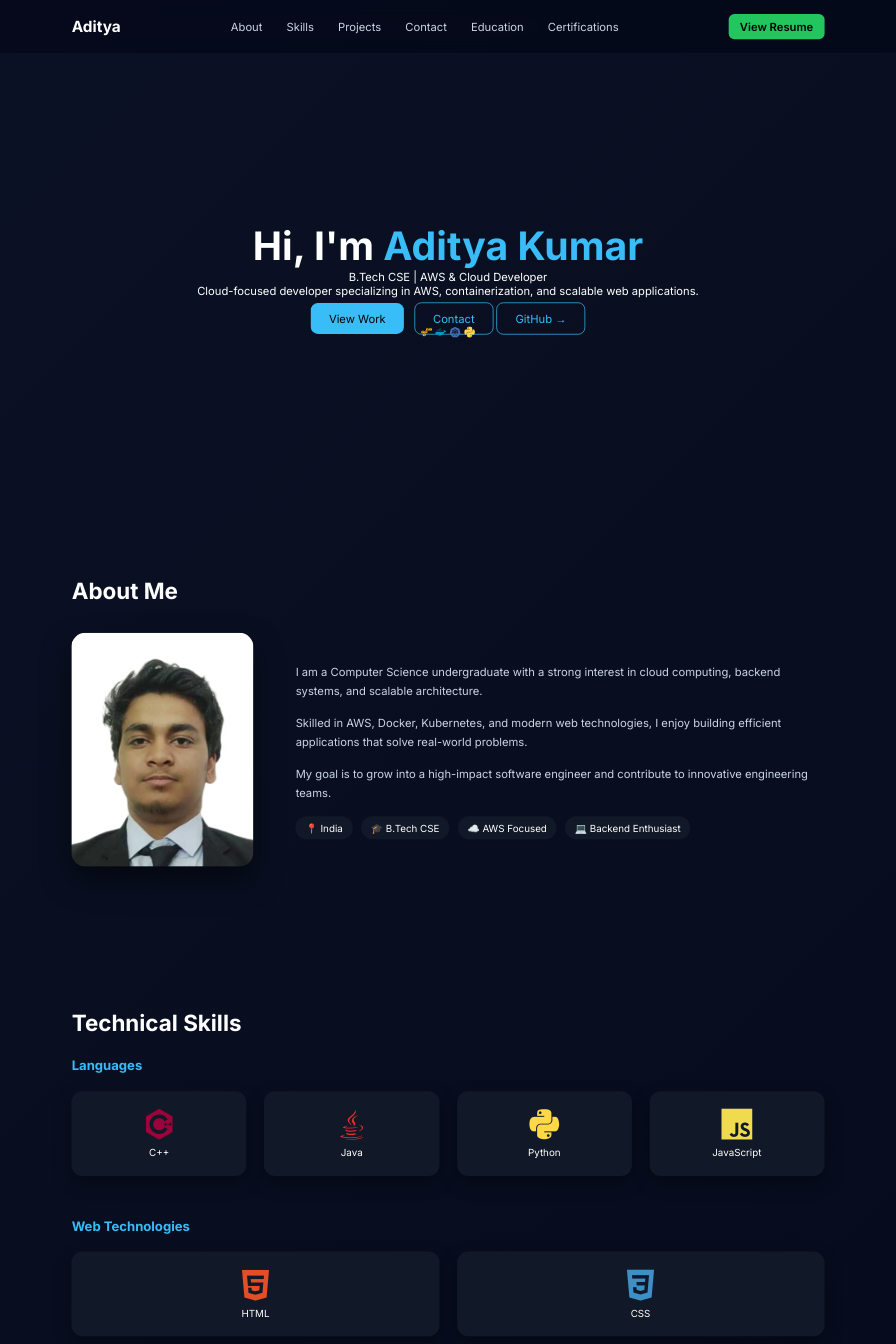
Repository: Aditya2419/My-Portfolio
Page: index.html
The author's editor kept a copy of each file at every save. The page is drawn from the files as they stood at one save, then again after the next save.
The browser window is 1280 px wide. The pictures show the part of the page from y = 0 to 1920 px (the page is 5754 px tall before and 5718 px after), at 70% of full size.

Above is the page before, as saved 2026-02-18 23:47:37.
Console error: TypeError: Cannot set properties of null (setting 'textContent')

### index.html
<!DOCTYPE html>
<html lang="en">
<head>
<meta charset="UTF-8">
<meta name="viewport" content="width=device-width, initial-scale=1.0">
<link rel="stylesheet" href="https://cdn.jsdelivr.net/gh/devicons/devicon@latest/devicon.min.css">



<title>Aditya Kumar | Cloud & Software Developer</title>

<link rel="stylesheet" href="style.css">
<script src="script.js"></script>

<!-- Google Font -->
<link href="https://fonts.googleapis.com/css2?family=Inter:wght@300;400;600;700&display=swap" rel="stylesheet">

</head>
<body>

<header>
    <div class="logo">Aditya</div>

    <nav>
        <a href="#about">About</a>
        <a href="#skills">Skills</a>
        <a href="#projects">Projects</a>
        <a href="#contact">Contact</a>
        <a href="#education">Education</a>
        <a href="#certifications">Certifications</a>
    </nav>

    <a class="resume-btn" href="resume.pdf" target="_blank">View Resume</a>
</header>


<!-- HERO -->
<section class="hero">

    <div class="hero-container">

        <div class="hero-text">
            <h1>Hi, I'm <span>Aditya Kumar</span></h1>

            <p class="hero-role">
                B.Tech CSE | AWS & Cloud Developer
            </p>

            <p class="hero-desc">
                Cloud-focused developer specializing in AWS, containerization, and scalable web applications.
            </p>

            <div class="hero-buttons">
                <a href="#projects" class="primary">View Work</a>
                <a href="#contact" class="secondary">Contact</a>
                <a href="https://github.com/YOURUSERNAME" class="secondary">GitHub →</a>
            </div>

        </div>

        <div class="hero-visual">
            <i class="devicon-amazonwebservices-original colored"></i>
            <i class="devicon-docker-plain colored"></i>
            <i class="devicon-kubernetes-plain colored"></i>
            <i class="devicon-python-plain colored"></i>
        </div>

    </div>

    </section>

<!-- ABOUT -->
<section id="about" class="about">

    <h2>About Me</h2>

    <div class="about-container">

        <div class="about-image">
            <img src="images/profile.png" alt="Aditya Kumar">
        </div>

        <div class="about-text">

            <p>
            I am a Computer Science undergraduate with a strong interest in
            cloud computing, backend systems, and scalable architecture.
            </p>

            <p>
            Skilled in AWS, Docker, Kubernetes, and modern web technologies,
            I enjoy building efficient applications that solve real-world problems.
            </p>

            <p>
            My goal is to grow into a high-impact software engineer and contribute
            to innovative engineering teams.
            </p>

            <div class="about-highlights">
                <span>📍 India</span>
                <span>🎓 B.Tech CSE</span>
                <span>☁️ AWS Focused</span>
                <span>💻 Backend Enthusiast</span>
            </div>

        </div>

    </div>

    </section>

<!-- TECHINCAL SKILLS -->
<section id="skills">

    <h2>Technical Skills</h2>

    <div class="skills-category">

        <h3>Languages</h3>
        <div class="skills-grid">
            <div class="skill-card">
                <i class="devicon-cplusplus-plain colored"></i>
                <p>C++</p>
            </div>

            <div class="skill-card">
                <i class="devicon-java-plain colored"></i>
                <p>Java</p>
            </div>

            <div class="skill-card">
                <i class="devicon-python-plain colored"></i>
                <p>Python</p>
            </div>

            <div class="skill-card">
                <i class="devicon-javascript-plain colored"></i>
                <p>JavaScript</p>
            </div>
        </div>

    </div>


    <div class="skills-category">

        <h3>Web Technologies</h3>
        <div class="skills-grid">
            <div class="skill-card">
                <i class="devicon-html5-plain colored"></i>
                <p>HTML</p>
            </div>

            <div class="skill-card">
                <i class="devicon-css3-plain colored"></i>
                <p>CSS</p>
            </div>
        </div>

    </div>


    <div class="skills-category">

        <h3>Frameworks</h3>
        <div class="skills-grid">
            <div class="skill-card">
                <i class="devicon-flask-original colored"></i>
                <p>Flask</p>
            </div>
        </div>

    </div>


    <div class="skills-category">

        <h3>Tools & Platforms</h3>
        <div class="skills-grid">
            <div class="skill-card">
                <i class="devicon-git-plain colored"></i>
                <p>Git</p>
            </div>

            <div class="skill-card">
                <i class="devicon-docker-plain colored"></i>
                <p>Docker</p>
            </div>

            <div class="skill-card">
                <i class="devicon-amazonwebservices-original colored"></i>
                <p>AWS</p>
            </div>

            <div class="skill-card">
                <i class="devicon-mysql-plain colored"></i>
                <p>MySQL</p>
            </div>

            <div class="skill-card">
                <i class="devicon-mongodb-plain colored"></i>
                <p>MongoDB</p>
            </div>
        </div>

    </div>

    </section>

<!-- PROJECTS -->
<section id="projects">

<h2>Featured Projects</h2>

<div class="projects">


<div class="card">
    <img src="images/scheduler.png" class="project-img">
<h3>CPU Scheduler Simulator</h3>

<p>
Interactive visualization tool comparing FCFS, SJF, SRTF,
and Round Robin with dynamic Gantt charts.
</p>

<a href="https://cpu-scheduling-simulator-4wlb1ttw0.vercel.app" target="_blank">
Live Demo →
</a>

</div>



<div class="card">
    <img src="images/weather.png" class="project-img">
<h3>Weather Forecasting App</h3>

<p>
Real-time weather application using APIs to display
temperature, humidity, wind speed, and conditions.
</p>

<a href="https://aditya2419.github.io/weather-frontend/" target="_blank">
Live Demo →
</a>

</div>



<div class="card">
    <img src="images/bot.png" class="project-img">
<h3>Esports Discord Bot</h3>

<p>
Automated tournament notifications, dashboards,
and match updates using Discord API and MongoDB.
</p>

</div>

</div>

</section>
<!-- EDUCATION -->
<section id="education">

    <p class="section-subtitle">MY JOURNEY</p>
    <h2>Education & <span>Certificates</span></h2>

    <div class="timeline">

        <div class="timeline-item">
            <div class="timeline-dot"></div>

            <div class="timeline-content">
                <div class="timeline-header">
                    <h3>Lovely Professional University</h3>
                    <span class="badge">Current</span>
                </div>

                <p>Bachelor of Technology – Computer Science and Engineering</p>
                <small>CGPA: 5.84 | Aug 2023 – Present</small>
            </div>
        </div>


        <div class="timeline-item">
            <div class="timeline-dot"></div>

            <div class="timeline-content">
                <h3>Kendriya Vidyalaya Sitamarhi</h3>
                <p>Intermediate (12th)</p>
                <small>78.6% | Apr 2022 – Mar 2023</small>
            </div>
        </div>


        <div class="timeline-item">
            <div class="timeline-dot"></div>

            <div class="timeline-content">
                <h3>DAV Public School Runnisaidpur</h3>
                <p>Matriculation (10th)</p>
                <small>79.3% | Apr 2021 – Mar 2022</small>
            </div>
        </div>

    </div>

    </section>


<!-- CERTIFICATIONS -->
<<section id="certifications">

    <p class="section-subtitle">PROFESSIONAL GROWTH</p>
    <h2>Licenses & <span>Certifications</span></h2>

    <div class="cert-grid">

        <div class="cert-item">
            <img src="images/cert4.png" onclick="openModal(this.src)">
            <div class="cert-overlay">Build Generative AI Apps and Solutions</div>
        </div>

        <div class="cert-item">
            <img src="images/cert2.png" onclick="openModal(this.src)">
            <div class="cert-overlay">Java Bootcamp</div>
        </div>

        <div class="cert-item">
            <img src="images/cert3.png" onclick="openModal(this.src)">
            <div class="cert-overlay">Privacy & Security (NPTEL)</div>
        </div>

        <div class="cert-item">
            <img src="images/cert1.png" onclick="openModal(this.src)">
            <div class="cert-overlay">Introduction to Python</div>
        </div>

    </div>

</section>


    <!--- CONTACT -->
    <section id="contact">

        <h2>Let's Connect</h2>

        <form action="https://formsubmit.co/aditya312004pandey@gmail.com" method="POST">

        <input type="text" name="name" placeholder="Your Name" required>

        <input type="email" name="email" placeholder="Your Email" required>

        <textarea name="message" placeholder="Your Message" required></textarea>

        <button type="submit">Send Message</button>

        </form>

        </section>


<footer>
© 2026 Aditya Kumar — Built for impact.
</footer>


<script src="script.js"></script>

</body>
</html>

### style.css
/* GLOBAL RESET */

*{
    margin:0;
    padding:0;
    box-sizing:border-box;
    font-family:'Inter',sans-serif;
    }

    html{
    scroll-behavior:smooth;
    }

    /* ANIMATED BACKGROUND */

    body{
    background: linear-gradient(-45deg, #0b0f19, #020617, #0f172a, #020617);
    background-size: 400% 400%;
    animation: gradientMove 12s ease infinite;
    color:white;
    }

    @keyframes gradientMove{
    0%{background-position:0% 50%;}
    50%{background-position:100% 50%;}
    100%{background-position:0% 50%;}
    }


    /* 🔥 GLASS NAVBAR */

    header{
    display:flex;
    justify-content:space-between;
    align-items:center;
    padding:20px 8%;
    position:sticky;
    top:0;
    background:rgba(2,6,23,.6);
    backdrop-filter: blur(12px);
    border-bottom:1px solid rgba(255,255,255,.05);
    z-index:999;
    }

    .logo{
    font-weight:700;
    font-size:22px;
    }

    nav a{
    margin:0 15px;
    text-decoration:none;
    color:#cbd5e1;
    transition:.3s;
    }

    nav a:hover{
    color:#38bdf8;
    }

    .resume-btn{
    background:#22c55e;
    padding:8px 16px;
    border-radius:8px;
    text-decoration:none;
    color:black;
    font-weight:600;
    transition:.3s;
    }

    .resume-btn:hover{
    transform:scale(1.05);
    }


    /* HERO */

    .hero{
    height:90vh;
    display:flex;
    flex-direction:column;
    justify-content:center;
    align-items:center;
    text-align:center;
    padding:0 20px;
    }

    .hero span{
    color:#38bdf8;
    }

    .hero h1{
    font-size:56px;
    }

    .hero h2{
    margin:10px 0;
    color:#94a3b8;
    }

    .hero-tagline{
    margin-top:10px;
    color:#94a3b8;
    }

    .hero-buttons{
    margin-top:20px;
    }

    .primary{
    background:#38bdf8;
    padding:12px 26px;
    border-radius:10px;
    text-decoration:none;
    color:black;
    margin-right:10px;
    transition:.3s;
    }

    .primary:hover{
    transform:translateY(-3px);
    }

    .secondary{
    border:1px solid #38bdf8;
    padding:12px 26px;
    border-radius:10px;
    text-decoration:none;
    color:#38bdf8;
    transition:.3s;
    }

    .secondary:hover{
    background:#38bdf8;
    color:black;
    }


    /* SECTIONS */

    section{
    padding:100px 8%;
    }

    h2{
    font-size:32px;
    margin-bottom:30px;
    }


    /* ABOUT */

    .about-container{
    display:flex;
    align-items:center;
    gap:60px;
    flex-wrap:wrap;
    margin-top:40px;
    }

    .about-image img{
    width:260px;
    border-radius:20px;
    box-shadow:0 20px 40px rgba(0,0,0,.5);
    transition:.4s;
    }

    .about-image img:hover{
    transform:scale(1.05);
    }

    .about-text{
    flex:1;
    min-width:280px;
    }

    .about-text p{
    margin-bottom:18px;
    color:#cbd5e1;
    line-height:1.7;
    }

    .about-highlights{
    margin-top:20px;
    display:flex;
    gap:12px;
    flex-wrap:wrap;
    }

    .about-highlights span{
    background:#111827;
    padding:8px 14px;
    border-radius:20px;
    font-size:14px;
    }


 /* SKILLS SECTION */

.skills-category{
    margin-bottom:60px;
    }

    .skills-category h3{
    margin-bottom:25px;
    color:#38bdf8;
    }

    .skills-grid{
    display:grid;
    grid-template-columns:repeat(auto-fit,minmax(120px,1fr));
    gap:25px;
    }

    .skill-card{
    background:#111827;
    padding:25px 10px;
    border-radius:16px;
    text-align:center;
    transition:.3s ease;
    box-shadow:0 10px 25px rgba(0,0,0,.35);
    }

    .skill-card i{
    font-size:45px;
    margin-bottom:10px;
    }

    .skill-card p{
    font-size:14px;
    margin-top:8px;
    }

    .skill-card:hover{
    transform:translateY(-6px);
    box-shadow:0 15px 40px rgba(0,0,0,.5);
    }

    /* PROJECTS */

    .projects{
    display:grid;
    grid-template-columns:repeat(auto-fit,minmax(280px,1fr));
    gap:25px;
    }

    .card{
    background:#111827;
    padding:25px;
    border-radius:16px;
    transition:.3s;
    }

    .card:hover{
    transform:translateY(-8px);
    box-shadow:0 10px 30px rgba(0,0,0,.4);
    }

    .project-img{
    width:100%;
    border-radius:12px;
    margin-bottom:15px;
    }

    .card a{
    display:inline-block;
    margin-top:10px;
    color:#38bdf8;
    text-decoration:none;
    }

    .card h3 a{
    color:white;
    }

    .card h3 a:hover{
    color:#38bdf8;
    }
    .card{
        position:relative;
        overflow:hidden;
        }

        .card::before{
        content:"";
        position:absolute;
        width:200%;
        height:200%;
        background:linear-gradient(45deg,transparent,#38bdf8,transparent);
        top:-50%;
        left:-50%;
        opacity:.08;
        transform:rotate(25deg);
    }
    /* SECTION TITLE */

    .section-subtitle{
    letter-spacing:6px;
    color:#38bdf8;
    font-size:14px;
    margin-bottom:10px;
    }
    h2 span{
    background:linear-gradient(90deg,#38bdf8,#8b5cf6);
    -webkit-background-clip:text;
    color:transparent;
    }

    /* TIMELINE */

    .timeline{
    position:relative;
    margin-top:60px;
    padding-left:40px;
    }

    .timeline::before{
    content:"";
    position:absolute;
    left:15px;
    top:0;
    width:2px;
    height:100%;
    background:rgba(255,255,255,.1);
    }

    /* ITEM */

    .timeline-item{
    position:relative;
    margin-bottom:60px;
    }

    .timeline-dot{
    position:absolute;
    left:-27px;
    top:10px;
    width:14px;
    height:14px;
    background:#38bdf8;
    border-radius:50%;
    box-shadow:0 0 15px #38bdf8;
    }

    /* CARD */

    .timeline-content{
    background:rgba(17,24,39,.8);
    padding:30px;
    border-radius:16px;
    backdrop-filter: blur(10px);
    border:1px solid rgba(255,255,255,.05);
    transition:.3s;
    }

    .timeline-content:hover{
    transform:translateY(-5px);
    }

    /* HEADER */

    .timeline-header{
    display:flex;
    justify-content:space-between;
    align-items:center;
    }

    .badge{
    background:linear-gradient(90deg,#38bdf8,#8b5cf6);
    padding:6px 14px;
    border-radius:20px;
    font-size:12px;
    color:white;
    }

    /* TEXT */

    .timeline-content h3{
    margin-bottom:8px;
    }

    .timeline-content p{
    margin-bottom:6px;
    color:#cbd5e1;
    }

    .timeline-content small{
    color:#94a3b8;
    }

    /* CERTIFICATE GRID */
    .cert-grid{
    display: grid;
    grid-template-columns: repeat(2, 1fr);   /* 2 per row */
    gap: 30px;
    margin-top: 50px;
    }

    /* Each certificate card */

    .cert-item{
    width: 100%;          /* important */
    background: #111827;
    padding: 15px;
    border-radius: 18px;
    transition: .3s ease;
    box-shadow: 0 10px 25px rgba(0,0,0,.35);
    }

    /* Image styling */

    .cert-item img{
    width: 100%;
    height: 220px;
    object-fit: contain;     /* show full certificate */
    background: #0f172a;
    border-radius: 12px;
    display: block;
    }

    /* Hover */

    .cert-item:hover{
    transform: translateY(-6px);
    box-shadow: 0 15px 35px rgba(0,0,0,.5);
    }

    /* Mobile responsiven*/
    @media (max-width: 768px){
        .cert-grid{
            grid-template-columns: 1fr;  /* 1 per row on mobile */
        }
    }
    /* Overlay */

    .cert-overlay{
    position:absolute;
    bottom:0;
    left:0;
    width:100%;
    background:linear-gradient(to top, rgba(0,0,0,0.8), transparent);
    color:white;
    padding:20px;
    font-weight:600;
    opacity:0;
    transition:.4s;
    }

    .cert-item:hover .cert-overlay{
    opacity:1;
    }

    /* CONTACT FORM */

    form{
    max-width:600px;
    margin:auto;
    display:flex;
    flex-direction:column;
    gap:15px;
    }

    input, textarea{
    padding:14px;
    border-radius:8px;
    border:none;
    background:#111827;
    color:white;
    }

    button{
    padding:14px;
    border:none;
    background:#38bdf8;
    color:black;
    font-weight:600;
    border-radius:8px;
    cursor:pointer;
    transition:.3s;
    }

    button:hover{
    transform:translateY(-2px);
    }


    /* FOOTER */

    footer{
    text-align:center;
    padding:40px;
    color:#94a3b8;
    }

### script.js
const roles = [
    "Cloud Developer",
    "AWS Enthusiast",
    "Software Engineer",
    "DevOps Learner"
    ];

    let index = 0;
    let charIndex = 0;
    let current = "";
    let isDeleting = false;

    function type(){

    const element = document.getElementById("typing");

    if(index >= roles.length) index = 0;

    current = roles[index];

    if(!isDeleting){
    element.textContent = current.substring(0,charIndex++);
    if(charIndex > current.length){
    isDeleting = true;
    setTimeout(type,1000);
    return;
    }
    }
    else{
    element.textContent = current.substring(0,charIndex--);
    if(charIndex === 0){
    isDeleting = false;
    index++;
    }
    }

    setTimeout(type,60);
    }

    type();
    function openModal(src){
        document.getElementById("certModal").style.display = "flex";
        document.getElementById("modalImage").src = src;
    }

    function closeModal(){
        document.getElementById("certModal").style.display = "none";
    }

After the next save:
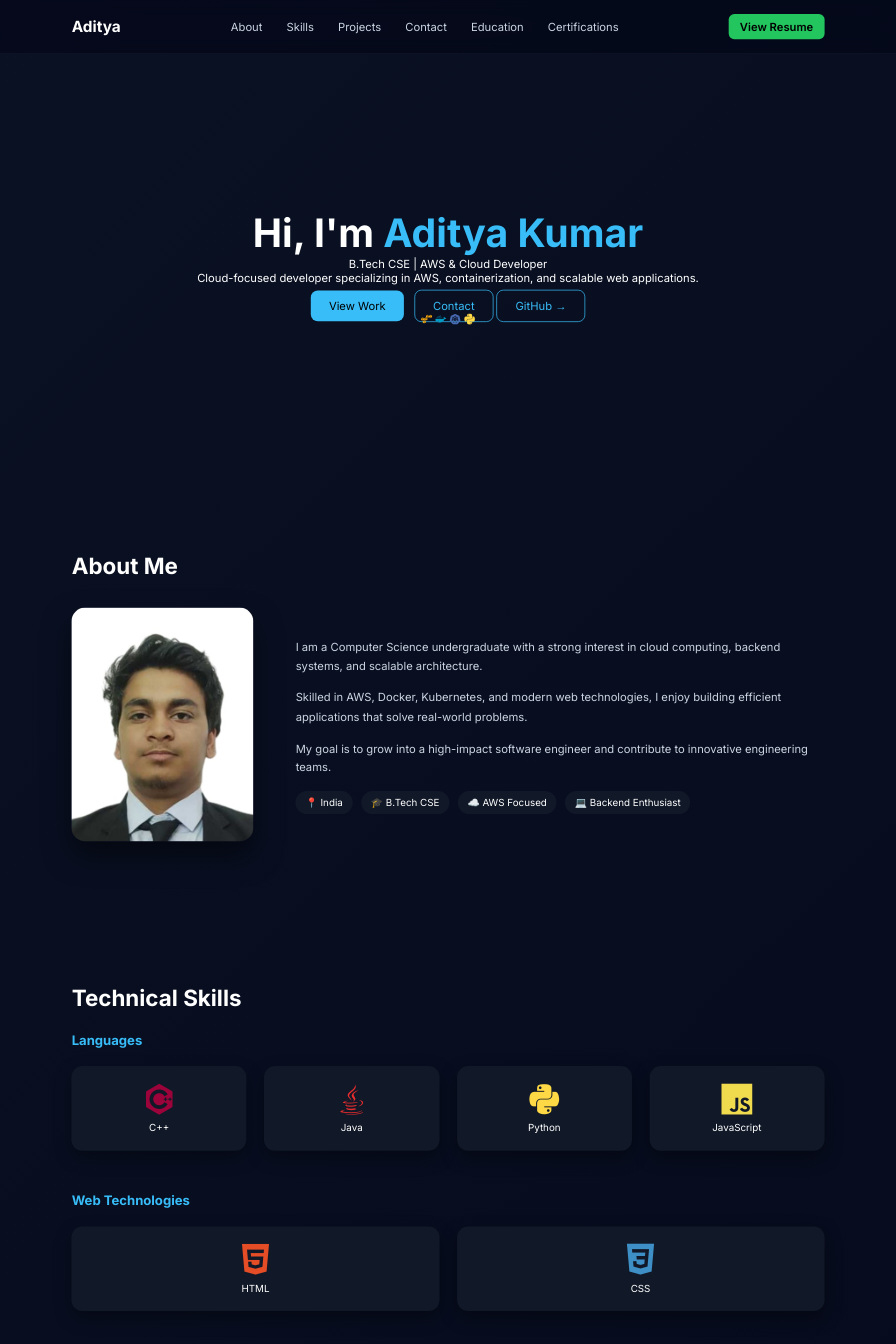
Saved 110 s later.
--- a/style.css
+++ b/style.css
@@ -76,14 +76,17 @@
     /* HERO */
 
     .hero{
-    height:90vh;
-    display:flex;
-    flex-direction:column;
-    justify-content:center;
-    align-items:center;
-    text-align:center;
-    padding:0 20px;
-    }
+        min-height:85vh;
+        display:flex;
+        flex-direction:column;
+        justify-content:center;
+        align-items:center;
+        text-align:center;
+        padding:0 20px;
+        position:relative;
+        overflow:hidden;
+    }
+
 
     .hero span{
     color:#38bdf8;
